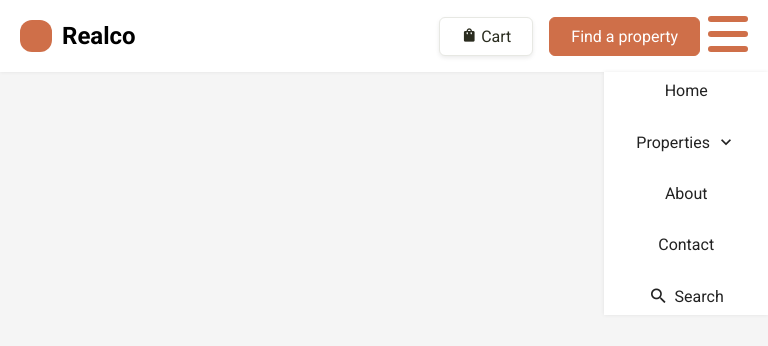
Repository: bek77g/realco
Page: index.html
The author's editor kept a copy of each file at every save. The page is drawn from the files as they stood at one save, then again after the next save.
The browser window is 768 px wide. The pictures show the whole page.
The style sheet was rebuilt from its Sass, Less or Tailwind sources for each picture, by a compiler version that may differ from the author's.

Above is the page before, as saved 2023-04-13 21:58:39.

### index.html
<!DOCTYPE html>
<html lang="en">
  <head>
    <meta charset="UTF-8" />
    <meta http-equiv="X-UA-Compatible" content="IE=edge" />
    <meta name="viewport" content="width=device-width, initial-scale=1.0" />
    <title>Realco</title>
    <link rel="preconnect" href="https://fonts.googleapis.com" />
    <link rel="preconnect" href="https://fonts.gstatic.com" crossorigin />
    <link
      href="https://fonts.googleapis.com/css2?family=Roboto:ital,wght@0,400;0,700;0,900;1,400;1,700;1,900&display=swap"
      rel="stylesheet"
    />
    <link
      href="https://fonts.googleapis.com/icon?family=Material+Icons"
      rel="stylesheet"
    />
    <link rel="stylesheet" href="./src/styles/style.css" />
  </head>
  <body>
    <header class="header">
      <div class="container">
        <div class="header__row">
          <div class="logo header__logo">
            <div class="logo__box"></div>
            <h2 class="logo__name">Realco</h2>
          </div>
          <nav class="header__nav">
            <ul class="header__menu">
              <li class="header__menu-item"><a href="#">Home</a></li>
              <li class="header__menu-item">
                <a href="#"
                  >Properties <span class="icon more">expand_more</span>
                </a>
              </li>
              <li class="header__menu-item"><a href="#">About</a></li>
              <li class="header__menu-item"><a href="#">Contact</a></li>
              <li class="header__menu-item">
                <a href="https://www.google.com/">
                  <span class="icon">search</span> Search</a
                >
              </li>
            </ul>
            <div class="header__buttons">
              <button class="header__buttons-btn">
                <span class="icon">shopping_bag</span> Cart
              </button>
              <button class="header__buttons-btn">Find a property</button>
            </div>
            <div class="header__burger">
              <div class="header__burger-icon">
                <span class="header__burger-global header__burger-top"></span>
                <span
                  class="header__burger-global header__burger-middle"
                ></span>
                <span
                  class="header__burger-global header__burger-bottom"
                ></span>
              </div>
            </div>
          </nav>
        </div>
      </div>
    </header>
    <main></main>
    <footer></footer>
    <script src="./src/js/main.js"></script>
  </body>
</html>

### src/js/main.js
let burger = document.querySelector('.header__burger');
let menu = document.querySelector('.header__menu');

burger.addEventListener('click', () => {
  burger.classList.toggle('active');
  menu.classList.toggle('active');
});

### src/styles/style.scss
@import './reset';

.container {
  max-width: 1320px;
  padding: 0 20px;
  margin: 0 auto;
}

@import './global';
@import './header';

@import './_responsive';

### src/styles/_reset.scss
* {
  margin: 0;
  padding: 0;
  box-sizing: border-box;
  transition: 0.3s;
}
ul,
ol {
  list-style: none;
}
img {
  width: 100%;
}
a {
  color: inherit;
}
button {
  border: none;
  cursor: pointer;
}
a {
  text-decoration: none;
}

### src/styles/_global.scss
* {
  font-family: 'Roboto', sans-serif;
}

body {
  background-color: #f5f5f5;
}

//Variables
$main-color: #cf6f49;
$light-grey: #65665c;
$black: #222222;
$black-grey: #2a2c1f;

.icon {
  font-family: 'Material Icons';
  font-style: normal;
  font-weight: 400;
  display: block;
  height: -webkit-fit-content;
  height: -moz-fit-content;
  height: fit-content;
}

.logo {
  display: flex;
  align-items: center;
  gap: 10px;
  &__box {
    width: 32px;
    height: 32px;
    background: #cf6f49;
    border-radius: 12px;
  }
  &__name {
    font-weight: bold;
  }
}

### src/styles/_header.scss
.header {
  position: relative;
  background: #ffffff;
  box-shadow: 0px 0px 4px rgba(0, 0, 0, 0.08);
  padding: 16px 0;
  &__row {
    display: flex;
    justify-content: space-between;
    align-items: center;
  }
  &__nav {
    display: flex;
    align-items: center;
    gap: 8px;
  }
  &__menu {
    padding: 9px 16px;
    display: flex;
    align-items: center;
    gap: 32px;
    &-item {
      color: $black;
      & a {
        display: flex;
        gap: 6px;
        align-items: center;
        & .icon {
          font-size: 20px;
        }
      }
      &:hover .more {
        transform: rotate(-180deg);
      }
    }
  }
  &__buttons {
    display: flex;
    gap: 16px;
    &-btn {
      white-space: nowrap;
      font-style: normal;
      font-weight: 400;
      font-size: 16px;
      padding: 9px 21px;
      border-radius: 6px;
      display: flex;
      gap: 4px;
      &:first-child {
        color: $black-grey;
        background: #ffffff;
        border: 1px solid #e7e8e3;
        box-shadow: 0px 2px 4px rgba(0, 0, 0, 0.08);
      }
      &:last-child {
        background: #cf6f49;
        border: 1px solid #cf6f49;
        color: #fff;
      }
      &:hover {
        -webkit-filter: brightness(80%);
        filter: brightness(90%);
      }
    }
  }
  &__burger {
    display: none;
    &-icon {
      cursor: pointer;
      margin: 0 auto;
      padding-left: 1.25em;
      position: relative;
      width: 40px;
      height: 40px;
    }
    &-global {
      -webkit-backface-visibility: hidden;
      backface-visibility: hidden;
      position: absolute;
      left: 0;
      border-top: 6px solid $main-color;
      border-radius: 3px;
      width: 100%;
      transition: 0.55s;
    }
    &.active {
      & .header__burger-top {
        -webkit-backface-visibility: hidden;
        backface-visibility: hidden;
        top: 15px;
        transform: rotate(50deg);
        transition: 0.55s 0.5s;
      }
      & .header__burger-middle {
        opacity: 0;
      }
      & .header__burger-bottom {
        -webkit-backface-visibility: hidden;
        backface-visibility: hidden;
        top: 15px;
        transform: rotate(-410deg);
        transition: 0.55s 0.5s;
      }
    }
    &-top {
      top: 0;
    }
    &-middle {
      top: 15px;
    }
    &-bottom {
      top: 30px;
    }
  }
}

### src/styles/_responsive.scss
@media (max-width: 1201px) {
}
@media (max-width: 1025px) {
}
@media (max-width: 993px) {
  .header {
    &__menu {
      position: absolute;
      right: 0;
      top: 72px;
      align-items: center;
      background: #ffffff;
      box-shadow: 0px 0px 4px rgba(0, 0, 0, 0.08);
      padding: 9px 32px;
      flex-direction: column;
    }
    &__burger {
      display: block;
    }
  }
}
@media (max-width: 769px) {
}
@media (max-width: 769px) {
}
@media (max-width: 481px) {
}
@media (max-width: 321px) {
}

// 320px — 480px
// 481px — 768px
// 769px — 1024px
// 1025px — 1200px
// 1201px and 1440px

After the next save:
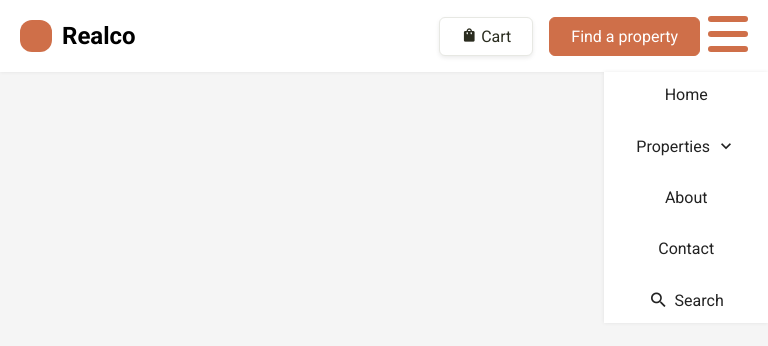
Saved 5 s later.
--- a/src/styles/_responsive.scss
+++ b/src/styles/_responsive.scss
@@ -11,7 +11,7 @@
       align-items: center;
       background: #ffffff;
       box-shadow: 0px 0px 4px rgba(0, 0, 0, 0.08);
-      padding: 9px 32px;
+      padding: 13px 32px;
       flex-direction: column;
     }
     &__burger {
